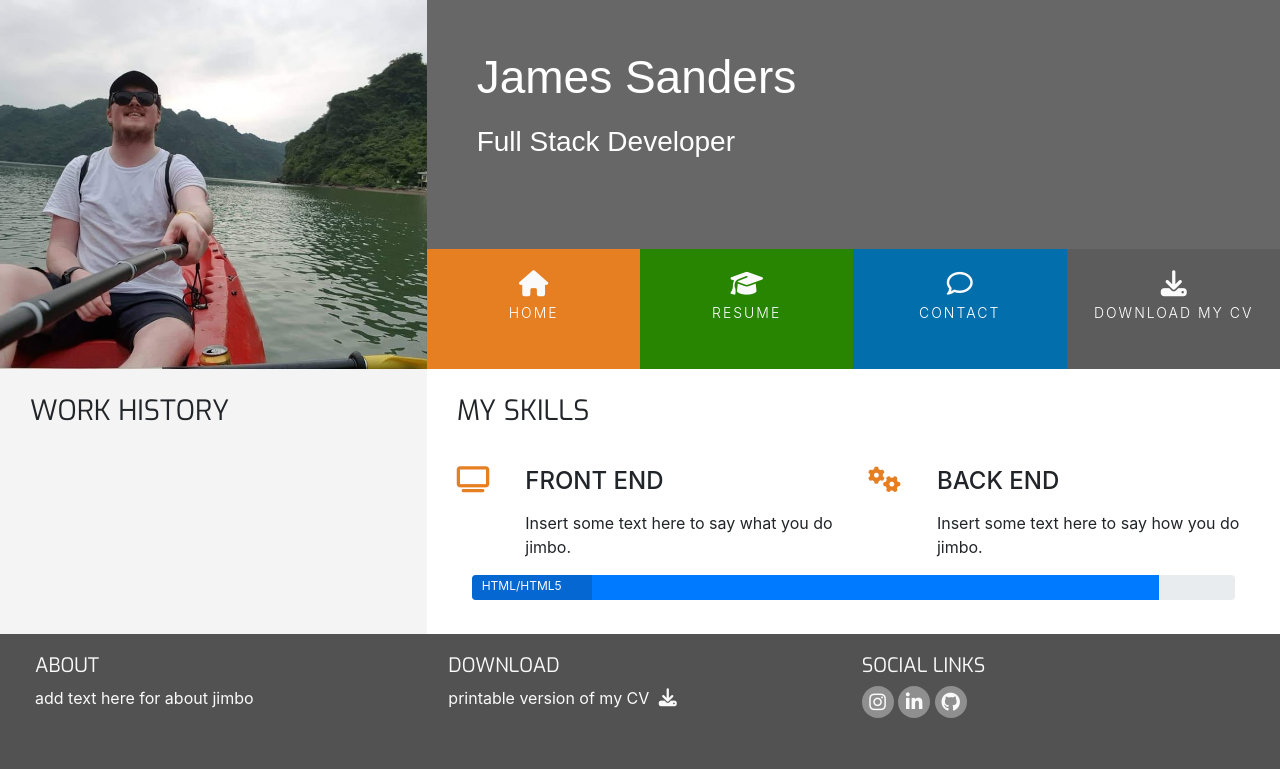
Repository: JaySanders95/my-online-resume
Page: resume.html
An editor plug-in stored every save of this project. The page is shown before and after the next save, followed by the edit.
The browser window is 1280 px wide. The pictures show the whole page.
Some web fonts or font styles are not loaded; a fallback is used. Some web libraries are served in a nearby version.

Above is the page before, as saved 2023-04-19 21:55:33.

### resume.html
<!DOCTYPE html>
<html lang="en">
<head>
    <meta charset="UTF-8">
    <meta http-equiv="X-UA-Compatible" content="IE=edge">
    <meta name="viewport" content="width=device-width, initial-scale=1.0">
    <link rel="stylesheet" href="https://cdn.jsdelivr.net/npm/@fortawesome/fontawesome-free@6.2.1/css/fontawesome.min.css" integrity="sha384-QYIZto+st3yW+o8+5OHfT6S482Zsvz2WfOzpFSXMF9zqeLcFV0/wlZpMtyFcZALm" crossorigin="anonymous">
    <link rel="stylesheet" href="https://cdn.jsdelivr.net/npm/bootstrap@4.6.2/dist/css/bootstrap.min.css" integrity="sha384-xOolHFLEh07PJGoPkLv1IbcEPTNtaed2xpHsD9ESMhqIYd0nLMwNLD69Npy4HI+N" crossorigin="anonymous">
    <link rel="stylesheet" href="assets/css/style.css">
    <link rel="stylesheet" href="https://cdnjs.cloudflare.com/ajax/libs/hover.css/2.3.1/css/hover-min.css" integrity="sha512-csw0Ma4oXCAgd/d4nTcpoEoz4nYvvnk21a8VA2h2dzhPAvjbUIK6V3si7/g/HehwdunqqW18RwCJKpD7rL67Xg==" crossorigin="anonymous" referrerpolicy="no-referrer" />
    <title>James Sanders' Resume</title>
</head>
<body>
    <header>
        <div class="row no-gutters">
            <a href="index.html" class="col-md-4 logo">

            </a>
            <div class="col-md-8">
                <div class="row bg-color-name-title no-gutters">
                    <div class="col heading">
                        <h1 class="name">James Sanders</h1>
                        <h2 class="title">Full Stack Developer</h2>

                    </div>
                </div>
                <div class="row no-gutters">
                    <div class="col">
                        <ul id="nav" class="list-inline menucontainer">
                            <li class="col-6 col-sm-3 ui-menu-color-home list-inline-item menuitem">
                                <a href="#" class="hvr-bounce-to-bottom"><i class="fa fa-home" aria-hidden="true"></i><span>Home</span></a>
                            </li>
                            <li class="col-6 col-sm-3 ui-menu-color-resume list-inline-item menuitem">
                                <a href="#" class="hvr-bounce-to-bottom"><i class="fa fa-graduation-cap" aria-hidden="true"></i><span>Resume</span></a>
                            </li>
                            <li class="col-6 col-sm-3 ui-menu-color-contact list-inline-item menuitem">
                                <a href="#" class="hvr-bounce-to-bottom"><i class="fa fa-comment-o" aria-hidden="true"></i><span>Contact</span></a>
                            </li>
                            <li class="col-6 col-sm-3 ui-menu-color-download list-inline-item menuitem">
                                <a href="#" class="hvr-bounce-to-bottom"><i class="fa fa-download" aria-hidden="true"></i><span>Download my CV</span></a>
                            </li>
                        </ul>
                    </div>
                </div>
            </div>
        </div>
    </header>
    <section class="container-fluid">
        <div class="row">
            <div class="col-md-4 bg-color-personal-info section-column">
                <div class="row">
                    <div class="col-12">
                        <h3 class="section-heading uppercase">
                            Work History
                        </h3>
                    </div>
                </div>

            </div>
            <div class="col-md-8 bg-color-three-reasons section-column">
                <div class="row">
                    <div class="col">
                        <h3 class="section-heading uppercase">My Skills</h3>
                    </div>
                </div>
                <div class="row">
                    <div class="col-10 offset-1 offset-sm-0 col-sm-4 col-md-6">
                        <div class="row">
                            <div class="col-2">
                                <i class="three-reasons-icon fa fa-tv" aria-hidden="true"></i>
                            </div>
                            <div class="col-10">
                                <h4 class="three-reasons-heading uppercase">Front End</h4>
                                <p>
                                    Insert some text here to say what you do jimbo.
                                </p>
                            </div>
                        </div>
                    </div>
                    <div class="col-10 offset-1 offset-sm-0 col-sm-4 col-md-6">
                        <div class="row">
                            <div class="col-2">
                                <i class="three-reasons-icon fa fa-gears" aria-hidden="true"></i>
                            </div>
                            <div class="col-10">
                                <h4 class="three-reasons-heading uppercase">Back end</h4>
                                <p>
                                    Insert some text here to say how you do jimbo.
                                </p>
                            </div>
                        </div>
                    </div>

                </div>
                <div class="col">
                    <div class="progress">
                        <div class="progress-bar" role="progressbar" #
                        aria-valuenow="90" aria-valuemin="0" aria-valuemax="100" style="width:90%">
                        <span class="sr-only"> 90% complete</span>
                        </div>
                        <span class="progress-type">HTML/HTML5</span>
                    </div>
                </div>
            </div>
        </div>

    </section>
    <footer class="container-fluid">
        <div id="footer-details" class="row">
            <div class="col-sm-4">
                <h5 class="uppercase general-sub">About</h5>
                <p class="inline-block"> add text here for about jimbo</p>
            </div>
            <div class="col-sm-4">
                <h5 class="uppercase general-sub">Download</h5>
                <p class="inline-block"> printable version of my CV</p>
                <a href="#" target="_blank" class="cv-pdf">
                    <i class="fa fa-download" aria-hidden="true"></i>
                    <span class="sr-only">Download link.</span>
                </a>
            </div>
            <div class="col-sm-4">
                <h5 class="uppercase general-sub">Social links</h5>
                <ul class="list-inline social-links">
                    <li class="list-inline-item">
                        <a target="_blank" href="#">
                            <i class="fa fa-instagram"></i>
                            <span class="sr-only">Instagram</span>
                        </a>
                    </li>
                    <li class="list-inline-item">
                        <a target="_blank" href="#">
                            <i class="fa fa-linkedin"></i>
                            <span class="sr-only">LinkedIn</span>
                        </a>
                    </li>
                    <li class="list-inline-item">
                        <a target="_blank" href="#">
                            <i class="fa-brands fa-github"></i>
                            <span class="sr-only">GitHub</span>

                        </a>
                    </li>
                </ul>
            </div>
        </div>

    </footer>
    <script src="https://kit.fontawesome.com/c80cd6a143.js" crossorigin="anonymous"></script>
</body>
</html>

### assets/css/style.css
@import url('https://fonts.googleapis.com/css2?family=Anuphan:100,200,300,400,500,600,700wght@300&family=Exo:100,200,300,400,500,600,700ital,wght@1,300&display=swap');


/* ------- Colours ---------*/

.bg-color-name-title {
    background-color:#676767;
}

.bg-color-three-reasons {
    background-color: #fff;
}

.bg-color-personal-info {
    background-color:#f4f4f4;
}

.ui-menu-color-home {
    background-color: #e67e22;
}

.ui-menu-color-resume {
    background-color: #278502;
}

.ui-menu-color-contact {
    background-color: #036eac;
}

.ui-menu-color-download {
    background-color: #5c5c5c;
}

/* ------- Special paddings/margins/text ---------*/

h1,h2,h3,h4 {
    margin: 0;
}

.uppercase {
    text-transform: uppercase;
}

.general-sub {
    font-family: 'Exo', sans-serif;
    font-weight: 300;
    color: #fafafa;
}

.inline-block {
    display: inline-block;
}

.row-table {
    display: table;

}
.section-column {
    display: table-cell;
    padding: 0 30px 30px;
    float: none;
}

.section-heading {
    font-family: 'Exo', sans-serif;
    font-weight: 300;
    margin-top: 25px;
    margin-bottom: 40px;
}

/* ------- Headers ---------*/
header {
    margin: 0;
}

.heading {
    margin-left: 50px;
}

.logo {
    background: url(../images/me.png);
    background-position: center;
    background-repeat: no-repeat;
    background-size: cover;
    min-height: 360px;
    transition: all .5s ease-in-out;
    -moz-transition: all .5s ease-in-out;
    -webkit-transition: all .5s ease-in-out;
}

.name {
    font-family: 'Anuphan', sans-serif;
    font-weight: 100;
    font-size: 46px;
    margin-top: 50px;
    color: #fff;
}

.title {
    font-family: 'Anuphan', sans-serif;
    font-weight: 200;
    font-size: 28px;
    margin-top: 20px;
    margin-bottom: 90px;
    color: #fff;
}

.list-inline-item:not(:last-child) {
    margin: 0;
}

.menucontainer {
    font-size: 0;
}

#nav li {
    font-size: 14px;
    padding: 0;
}

#nav {
    margin: 0;
}

.menuitem {
    height: 120px;
    text-align: center;
    padding: 0;

}

.menuitem a {
    width: 100%;
    text-decoration: none;
    color: #fff;
    height: 120px;
}

.menuitem a i {
    display: block;
    padding-top: 22px;
    color: #fafafa;
    font-size: 26px;
}

.menuitem span {
    display: block;
    width: 100%;
    padding-top: 5px;
    text-align: center;
    text-transform: uppercase;
    font-size: 14px;
    font-weight: 300;
    letter-spacing: 2px;
}

/* ------- Hover.css ---------*/

.hvr-bounce-to-bottom:before {
    background: rgba(0, 0, 0, 0.3) !important;
    height: 120px;

}

/* ------- Footer ---------*/

footer {
    background-color: #525252;
    color: #fafafa;
    min-height: 120px;
}

.cv-pdf i {
    font-size: 18px;
    color: #fafafa;
    text-align: center;
    padding-left: 5px;
    transition: all 0.35s ease-in-out;
    -moz-transition: all 0.35s ease-in-out;
    -webkit-transition: all 0.35s ease-in-out;
    -o-transition: all 0.35s ease-in-out;
}

.cv-pdf i:hover {
    color: #e84610;
}

.social-links {
    padding-bottom: 15px;
}

.social-links li a i {
    width: 32px;
    height: 32px;
    padding: 7px 0;
    border-radius: 50%;
    font-size: 19px;
    text-align: center;
    color: #fafafa;
    background: #8f8f8f;
    transition: all 0.35s ease-in-out;
    -moz-transition: all 0.35s ease-in-out;
    -webkit-transition: all 0.35s ease-in-out;
    -o-transition: all 0.35s ease-in-out;
}

.social-links li a i:hover {
    background-color: #e84610;
}

#footer-details {
    padding: 20px;
}

/* ------- 3 Reasons ---------*/

.three-reasons-icon {
    font-size: 26px;
    color: #e67e22;
}

.three-reasons-heading {
    margin-bottom: 15px;
}

/* ------- Personal Info ---------*/

.personal-info-item {
    margin-bottom: 20px;
    display: block;
    clear: both;
}

.personal-info-item .key,
.personal-info-item .value {
    padding: 8px;
    display: inline-block;

}

.personal-info-item .key p,
.personal-info-item .value p {
    margin: 0;
}

.personal-info-item .key {
    width: 30%;
    margin-right: 21px;
    padding-top: 2px;
    vertical-align: top;
}

.personal-info-item .key p {
    font-weight: 700;


}

.personal-info-item .value {
    position: relative;
    width: 60%;

}

/* ------- Skills ---------*/

.progress {
    line-height: normal;
    position: relative;
    height: 25px;
    margin-bottom: 4px;
}

.progress-type {
    position: absolute;
    left: 0px;
    font-weight: 400;
    padding: 3px 30px 2px 10px;
    color: #fafafa;
    background-color: rgba(25, 25, 25, 0.2);
    height: inherit;
}

After the next save:
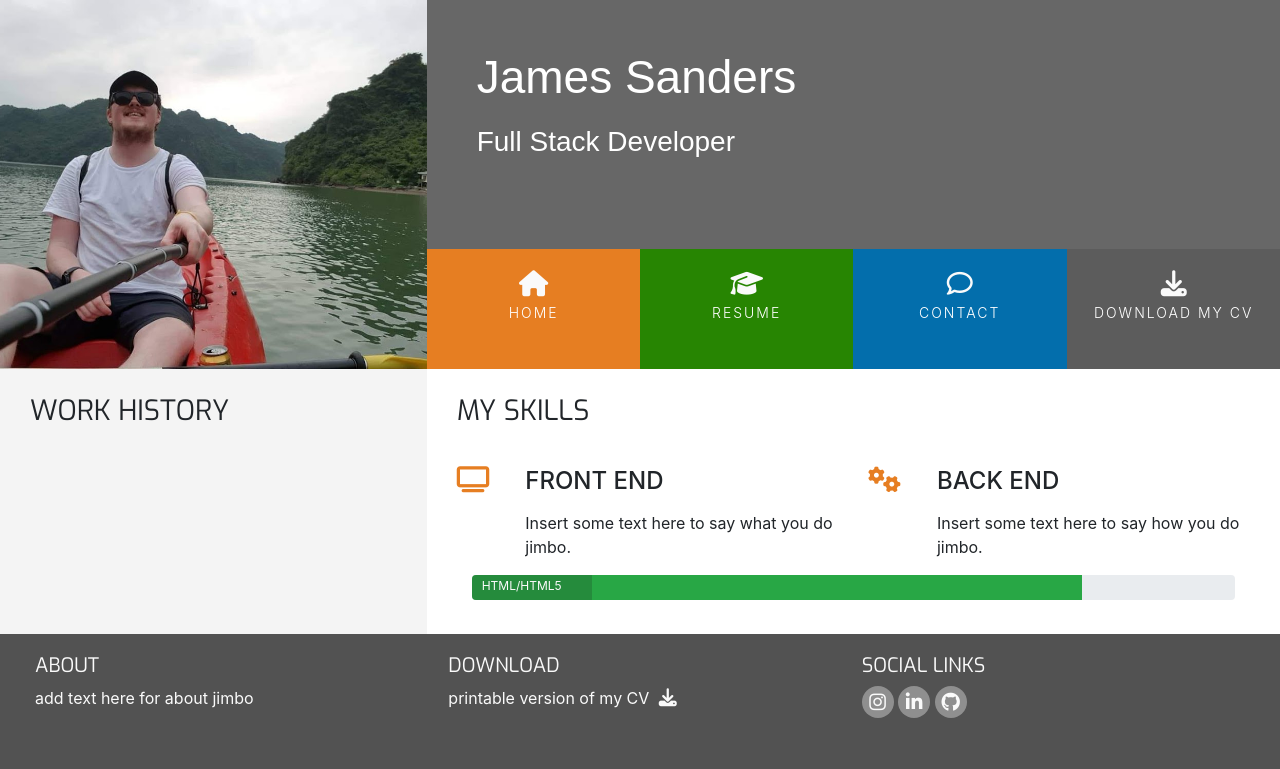
Saved 43 s later.
--- a/resume.html
+++ b/resume.html
@@ -94,8 +94,8 @@
                 </div>
                 <div class="col">
                     <div class="progress">
-                        <div class="progress-bar" role="progressbar" #
-                        aria-valuenow="90" aria-valuemin="0" aria-valuemax="100" style="width:90%">
+                        <div class="progress-bar bg-success" role="progressbar" #
+                        aria-valuenow="70" aria-valuemin="0" aria-valuemax="100" style="width:80%">
                         <span class="sr-only"> 90% complete</span>
                         </div>
                         <span class="progress-type">HTML/HTML5</span>
